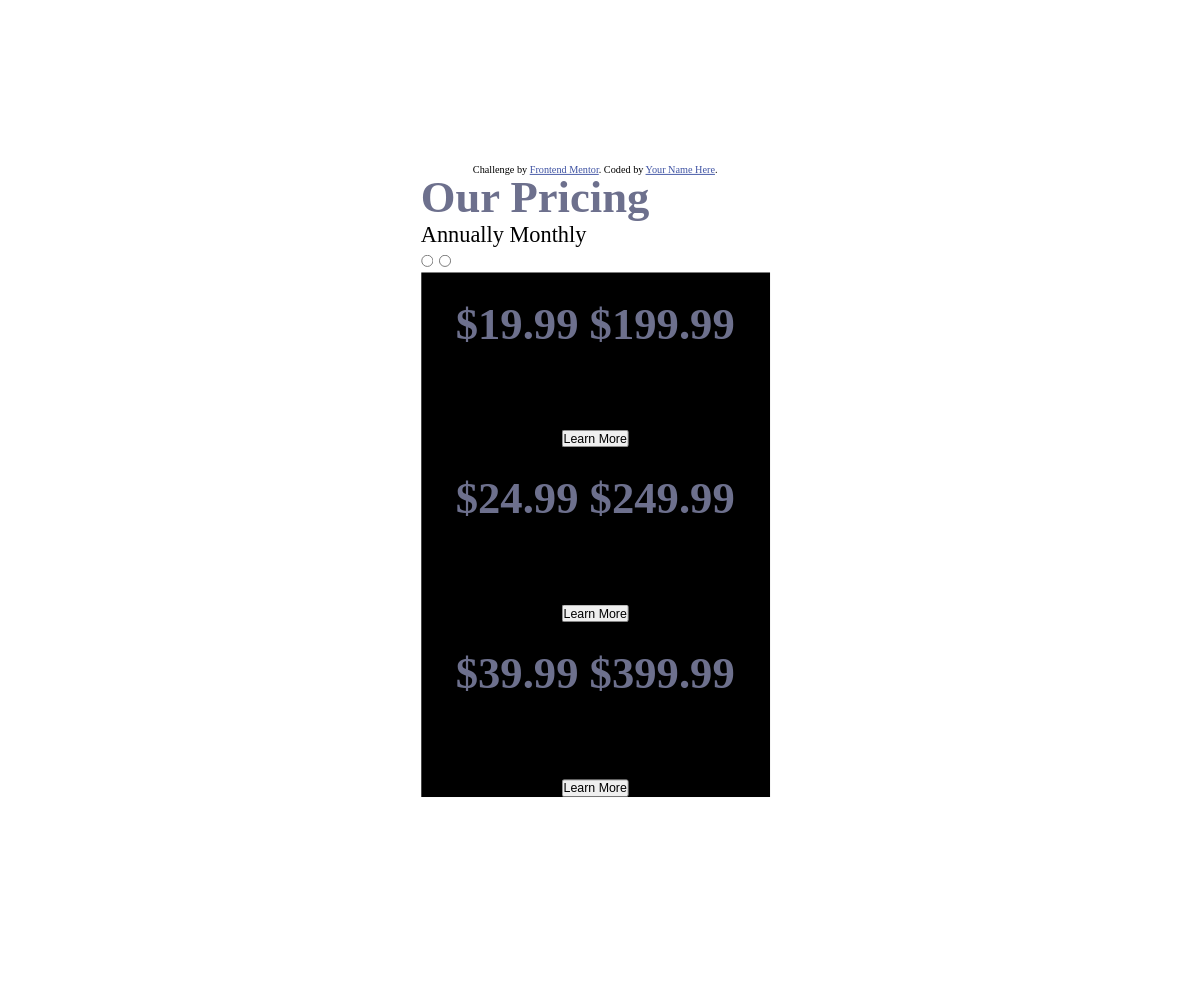
Repository: JuzzJoel/pricing-component-with-toggle-master
Page: index.html
These files come from the project's save history. The page is drawn as it stood at one moment and after a run of saves; the edit follows.
The browser window is 1280 px wide. The pictures show the whole page, at 93% of full size.

Above is the page before, as saved 2025-05-24 08:12:47.

### index.html
<!DOCTYPE html>
<html lang="en">
<head>
  <meta charset="UTF-8">
  <meta name="viewport" content="width=device-width, initial-scale=1.0"> <!-- displays site properly based on user's device -->

  <link rel="icon" type="image/png" sizes="32x32" href="./images/favicon-32x32.png">

  <title>Frontend Mentor | [pricing-component-with-toggle-master]</title>
  <style>
    :root{

--linear-gradient: hsl(236, 72%, 79%) to hsl(237, 63%, 64%);

--clr-pri: hsl(240, 78%, 98%);
--clr-pri-acc: hsl(234, 14%, 74%);
--clr-sec: hsl(233, 13%, 49%);
--clr-sec-acc: hsl(232, 13%, 33%);
    }
*,
*::before,
*::after {
    box-sizing: border-box;
}

* {
    margin: 0;
    padding: 0;
    box-sizing: border-box;
}
.visually-hidden:not(:focus):not(:active) {
  clip: rect(0 0 0 0);
  clip-path: inset(50%);
  height: 1px;
  overflow: hidden;
  position: absolute;
  white-space: nowrap;
  width: 1px;
}
    .attribution { font-size: 11px; text-align: center;height: 1vh; }
    .attribution a { color: hsl(228, 45%, 44%); }
body{
  font-size: 0.95rem;
width: 100vw;
height: 150vh;
display: flex;
align-items: center;
justify-content: center;
flex-direction: column;
}


.container{
  width: 375px;
  height: 100vh;

}
  .pricing-header{
font-size: 1.5rem;
  }
  .pricing-header h1{
    color: var(--clr-sec);

  }
    .toggle-box{}

     .toggle-container{}

       .pricing{}

     .toggle-slider{

     }
   .content-body{
    display: flex;
    flex-direction: column;
    background: #000;

   }
   .content{
    display: flex;
    flex-direction: column;
    justify-content: space-evenly;
   }
   .card-container{
    display: flex;
    flex-direction: column;
    align-items: center;
   }
        .card{
          display: flex;
          flex-direction: column;
          align-items: center;
          width: 90%;
          height: 90%;
        }
          .rows-head{
            height: 35%;
          }

          .rows{
            height: 15%;
            border: 1px solid black;
          }
          .rows-button{
            height: 25%;
          }
  button{
    width: 100%;
    display: flex;
    align-items: center;
    justify-content: center;
  }

          @media(min-width:1440px){
            .content{
              flex-direction: row;
              justify-content: space-between;
             }
          }
  </style>
</head>
<body>
  <div class="attribution">
    Challenge by <a href="https://www.frontendmentor.io?ref=challenge" target="_blank">Frontend Mentor</a>.
    Coded by <a href="#">Your Name Here</a>.
  </div>


  <div class="container">
    <div class="pricing-header">
      <h1>Our Pricing</h1>
      <div class="toggle-box">
        Annually
        Monthly
        <div class="toggle-container">

          <input type="radio" class="pricing" id="price-annnual">
          <label for=""></label>

          <input type="radio" class="pricing" id="price-month">
          <label for=""></label>

          <div class="toggle-slider"></div>
        </div>
      </div>
      <div class="content-body">
        <div class="content">
          <div class="card-container">
<div class="card">
            <div class="rows-head">Basic
         <h1>   &dollar;19.99
            &dollar;199.99</h1>
          </div>
            <div class="rows">500 GB Storage</div>
            <div class="rows">2 Users Allowed</div>
            <div class="rows">Send up to 3 GB</div>
            <div class="rows-button"><button>Learn More</button></div>
          </div>
          </div>

          <div class="card-container">
            <div class="card">
            <div class="rows-head">Professional
              <h1>  &dollar;24.99
            &dollar;249.99 </h1>
          </div>
            <div class="rows">1 TB Storage</div>
            <div class="rows">5 Users Allowed</div>
            <div class="rows">Send up to 10 GB</div>
            <div class="rows-button"><button>Learn More</button></div>
          </div>
          </div>
          <div class="card-container">
            <div class="card">
            <div class="rows-head">Master
              <h1>   &dollar;39.99
            &dollar;399.99</h1>
          </div>
            <div class="rows">2 TB Storage</div>
            <div class="rows">10 Users Allowed</div>
            <div class="rows">Send up to 20 GB</div>
            <div class="rows-button"><button>Learn More</button></div>
          </div>
          </div>
        </div>
      </div>
    </div>
  </div>


</body>
</html>

After the next 2 saves:
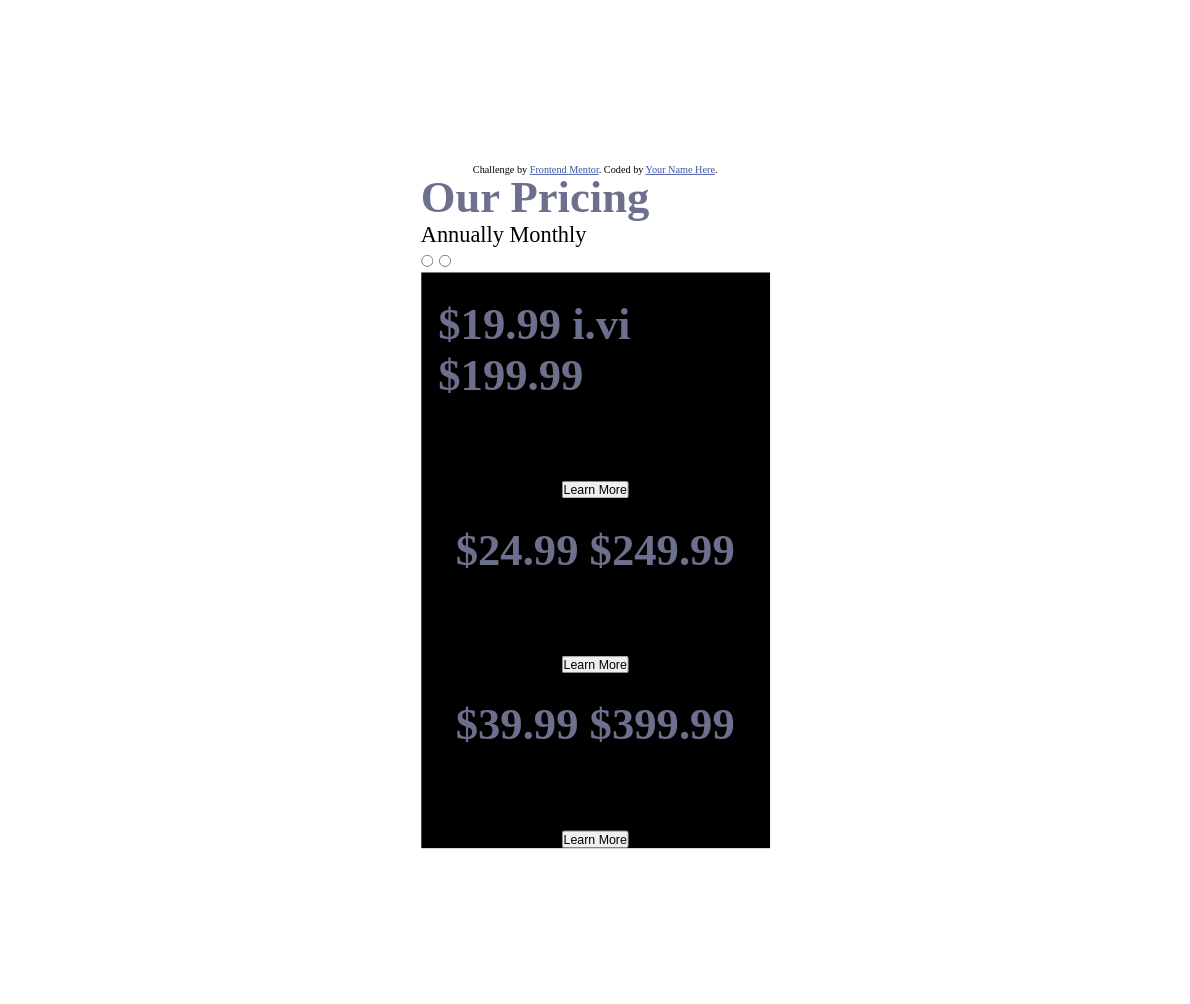
The 2 saves are shown as one change because they came seconds apart.
The last was saved 15 s later.
--- a/index.html
+++ b/index.html
@@ -150,7 +150,7 @@ font-size: 1.5rem;
 <div class="card">
             <div class="rows-head">Basic
          <h1>   &dollar;19.99
-            &dollar;199.99</h1>
+           i.vi &dollar;199.99</h1>
           </div>
             <div class="rows">500 GB Storage</div>
             <div class="rows">2 Users Allowed</div>
